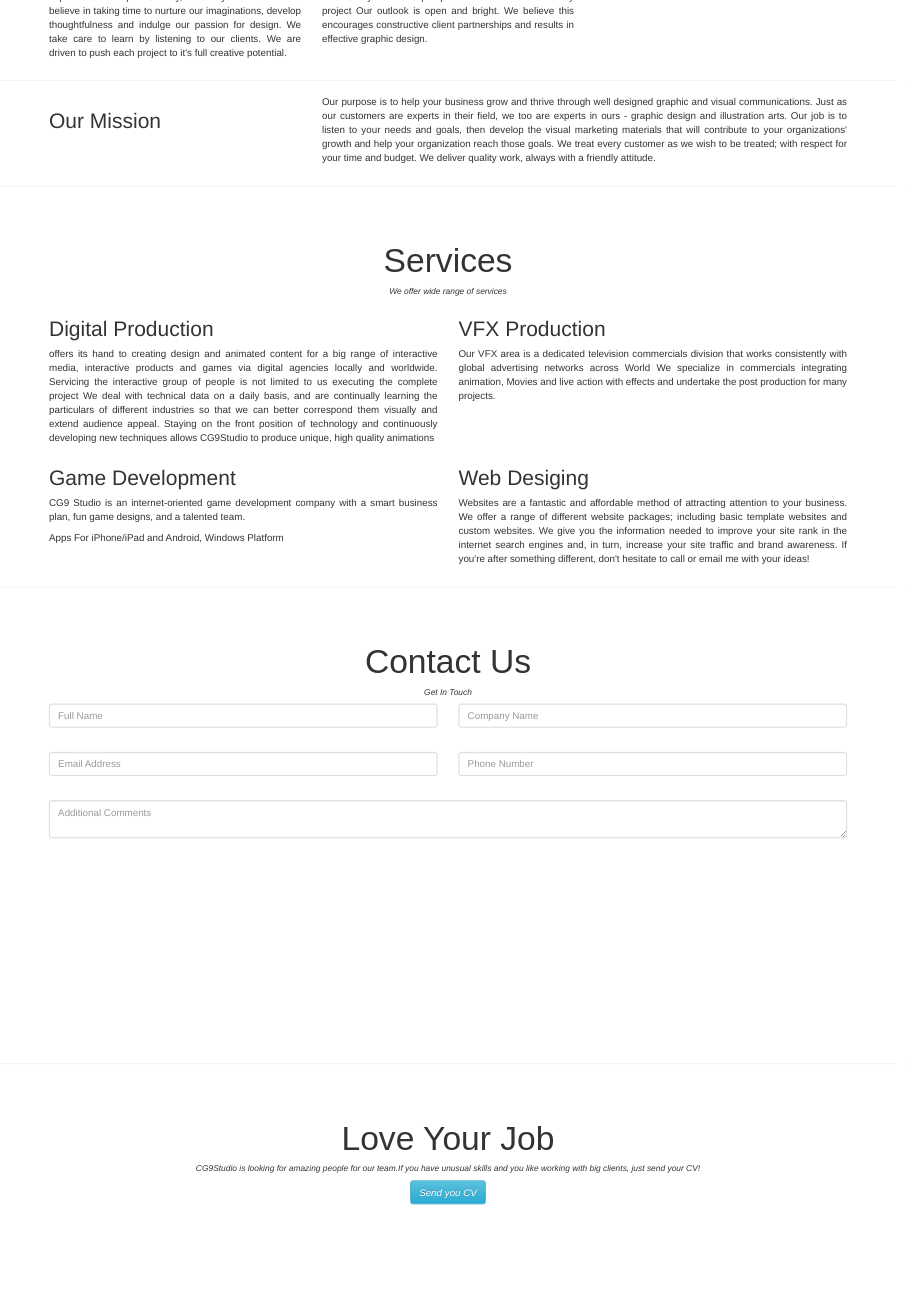
Repository: deepak6sp/BootstrapTheme1
Page: 9studio/WebContent/index.html
An editor plug-in stored every save of this project. The page is shown before and after the next save, followed by the edit.
The browser window is 1280 px wide. The page is 1295 px wide, so the pictures cover 1295 px, including what lies to the right of the window. The pictures show the part of the page from y = 1086 to 2966 px (the page is 2966 px tall before and 2866 px after), at 70% of full size.
Some web libraries are served in a nearby version.

Above is the page before, as saved 2014-07-23 14:06:59.

### 9studio/WebContent/index.html
<!DOCTYPE html>
<html>
<head>
<meta charset="ISO-8859-1">
<title>Welcome To 9Studio</title>
<link rel="stylesheet" type="text/css" href="css/style.css">
<link rel="stylesheet" type="text/css" href="css/bootstrap.min.css">
<link rel="stylesheet" type="text/css" href="css/bootstrap-theme.min.css">
</head>
<body>
	<header class="navbar navbar-default">
		<div class="container">
			<div class="navbar-header">
				<a class="navbar-brand" href="#" title="9studio"><img src="images/logo.jpg"></a>
				<button class="navbar-toggle" data-toggle="collapse" data-target="#navheaderCollapse">
					<span class="icon-bar"></span>
			        <span class="icon-bar"></span>
			        <span class="icon-bar"></span>
	      		</button>
	      	</div>
	      	<br></br>
      		<div class="collapse navbar-collapse navbar-collapse-top" id="navheaderCollapse">
				<ul class="nav navbar-nav  navbar-right" >
					<li><a href="#">Home</a></li>
					<li><a href="#about-us">About</a></li>
					<li><a href="#service">Service</a></li>
					<li><a href="#contact">Contact</a></li>
					<li><a href="#getjob">GetJob</a></li>
				</ul>
			</div>
		</div>
		<br></br>
		<img src="images/home1.jpg" class="img-thumbnail">
	</header>
	<hr><br></br>
		<section id="about-us">
			<div class="container">
				<div class="row text-center"><h1>About Us</h1></div>
				<div class="row text-center"><h6>Read about the company and check why we are the best!!</h6></div>
			</div>
			<div class="container">
				<div class="row">
					<div class="col-md-4">
						<h2>Who We Are?</h2>
						<p class="text-justify">CG9Studio is a Bangalore-based production house, specializing in 3D Animation across all mediums spanning across Television,
						Digital and Advertising .Conceptual design, developed with intellectual rigor and an appropriate visual aesthetic, is powerful.
						We employ independent and strategic thinking to give all our work a clear sense of purpose. Striving to go beyond expectations
						keeps us busy, the way we like it. We believe in taking time to nurture our imaginations, develop thoughtfulness and indulge our
						passion for design. We take care to learn by listening to our clients. We are driven to push each project to it's full creative
						potential.</p>
					</div>
					<div class="col-md-4">
						<h2>What We Do?</h2>
						<p class="text-justify">CG9Studio is relatively new, having been in business for just over a year, but is already an established fixture in the Bangalore
						production circuit. We place a consistent emphasis on quality and originality, and offer clients superior options for representing
						their brands and ideas in fresh and exciting ways. We are comprised of creative professionals from around the globe, bringing unique
						and distinctively different perspectives to each and every project Our outlook is open and bright. We believe this encourages
						constructive client partnerships and results in effective graphic design.</p>
					</div>
					<div class="col-md-4">
						<h2>Creative Ideas</h2>
						<p class="text-justify"> We had multi-talented,dynamic,creative and innovative Professionals working for us of multinational projects</p>
					</div>
				</div>
			</div>
			<hr>
			<div class="container">
				<div class="row">
					<div class="col-md-4">
						<h2>Our Mission</h2>
					</div>
					<div class="col-md-8">
						<p class="text-justify">Our purpose is to help your business grow and thrive through well designed graphic and visual communications. Just as our
						customers are experts in their field, we too are experts in ours - graphic design and illustration arts. Our job is to listen
						to your needs and goals, then develop the visual marketing materials that will contribute to your organizations' growth and help
						your organization reach those goals. We treat every customer as we wish to be treated; with respect for your time and budget. We
						deliver quality work, always with a friendly attitude.
					</div>
				</div>
			</div>
		</section>

	<hr><br></br>
		<section id="service">
			<div class="container">
				<h1 class="row text-center">Services</h1>
				<h6 class="row text-center">We offer wide range of services</h6>
			</div>
			<div class="container">
				<div class="row">
					<div class="col-md-6">
						<h2>Digital Production</h2>
						<p class="text-justify"> offers its hand to creating design and animated content for a big range of interactive media, interactive products and games
						via digital agencies locally and worldwide.  Servicing the interactive group of people is not limited to us executing the complete
						project We deal with technical data on a daily basis, and are continually learning the particulars of different industries so that
						we can better correspond them visually and extend audience appeal. Staying on the front position of technology and continuously
						developing new techniques allows CG9Studio to produce unique, high quality animations</p>
					</div>
					<div class="col-md-6">
						<h2>VFX Production</h2>
						<p class="text-justify">Our VFX area is a dedicated television commercials division that works consistently with global advertising networks across
						World We specialize in commercials integrating animation, Movies and live action with effects and undertake the post production for
						many projects.</p>
					</div>
				</div>
			</div>
			<div class="container">
				<div class="row">
					<div class="col-md-6">
						<h2>Game Development</h2>
						<p class="text-justify">CG9 Studio is  an internet-oriented game development company with a smart business plan, fun  game designs, and a talented team.</P>
						<p class="text-justify">Apps For  iPhone/iPad and Android, Windows Platform</p>
					</div>
					<div class="col-md-6">
						<h2>Web Desiging</h2>
						<p class="text-justify">Websites are a fantastic and affordable method of  attracting attention to your business. We offer a range of different website
						packages; including basic template websites and custom websites. We give you the  information needed to improve your site rank in the
						internet search engines  and, in turn, increase your site traffic and brand awareness.  If you're  after something different, don't
						hesitate to call or email me with your ideas!</p>
					</div>
				</div>
			</div>
		</section>

	<hr><br></br>
		<section id="contact">
			<div class="container">
				<h1 class="row text-center">Contact Us</h1>
				<h6 class="row text-center">Get In Touch</h6>
			</div>
			<div class="container">
				<form class="row">
					<div class="col-md-6">
						<div class="form-group">
							<input type="text" class="form-control" placeholder="Full Name"/>
						</div>
						<br />
						<div class="form-group">
							<input type="email" class="form-control" placeholder="Email Address">
						</div>
						<br />
					</div>
					<div class="col-md-6">
						<div class="form-group">
							<input type="text" class="form-control" placeholder="Company Name">
						</div>
						<br />
						<div class="form-group">
							<input type="number" class="form-control" placeholder="Phone Number">
						</div>
						<br />
					</div>
					<div class="col-md-12">
						<div class="form-group">
							<textarea class="form-control" placeholder="Additional Comments"></textarea>
						</div>
					</div>
				</form>
			</div>
		</section>

	<hr><br></br>
		<section id="getjob">
			<div id="container" >
				<div class="row text-center">
					<h1 >Love Your Job</h1>
					<h6 >CG9Studio is looking for amazing people for our team.If you have unusual skills and you like working with big clients, just send your CV!</h6>
					<h6 ><button type="button" class="btn btn-info">Send you CV</button></h6>
				</div>
			</div>
		</section>
		<footer class="navbar navbar-inverse navbar-fixed-bottom">
			<div class="container">
				<div class="row text-center">
					<h5> Copyright @ Designed By Deepak,Melbourne</h5>
				</div>
			</div>
		</footer>

	<script src="http://ajax.googleapis.com/ajax/libs/jquery/1.11.1/jquery.min.js"></script>
	<script src="js/bootstrap.min.js"></script>
	<script src="js/script.js"></script>
</body>
</html>

### 9studio/WebContent/css/style.css
@CHARSET "ISO-8859-1";

div h1{
	font-family:Arial,Helvetica,sans-serif;
	font-size:48px;
}

div h6{
	font-style:italic;
}

div h5{
	color:white;
}
div ul li a{
	color:grey;
	font-size:18px;
}

div ul li a:hover{
	font-style:bold;
}

#contact{
	height:600px;
}

#getjob{
	height:300px;
}

### 9studio/WebContent/js/script.js
$(document).ready(function(){
		$('a[href^="#"]').on('click',function (e) {
		    e.preventDefault();

		    var target = this.hash,
		    $target = $(target);

		    $('html, body').stop().animate({
		        'scrollTop': $target.offset().top
		    }, 900, 'swing', function () {
		        window.location.hash = target;
		    });
		});
	});

Loaded but not shown: 9studio/WebContent/css/bootstrap.min.css (library); 9studio/WebContent/css/bootstrap-theme.min.css (library); 9studio/WebContent/js/bootstrap.min.js (library)

After the next save:
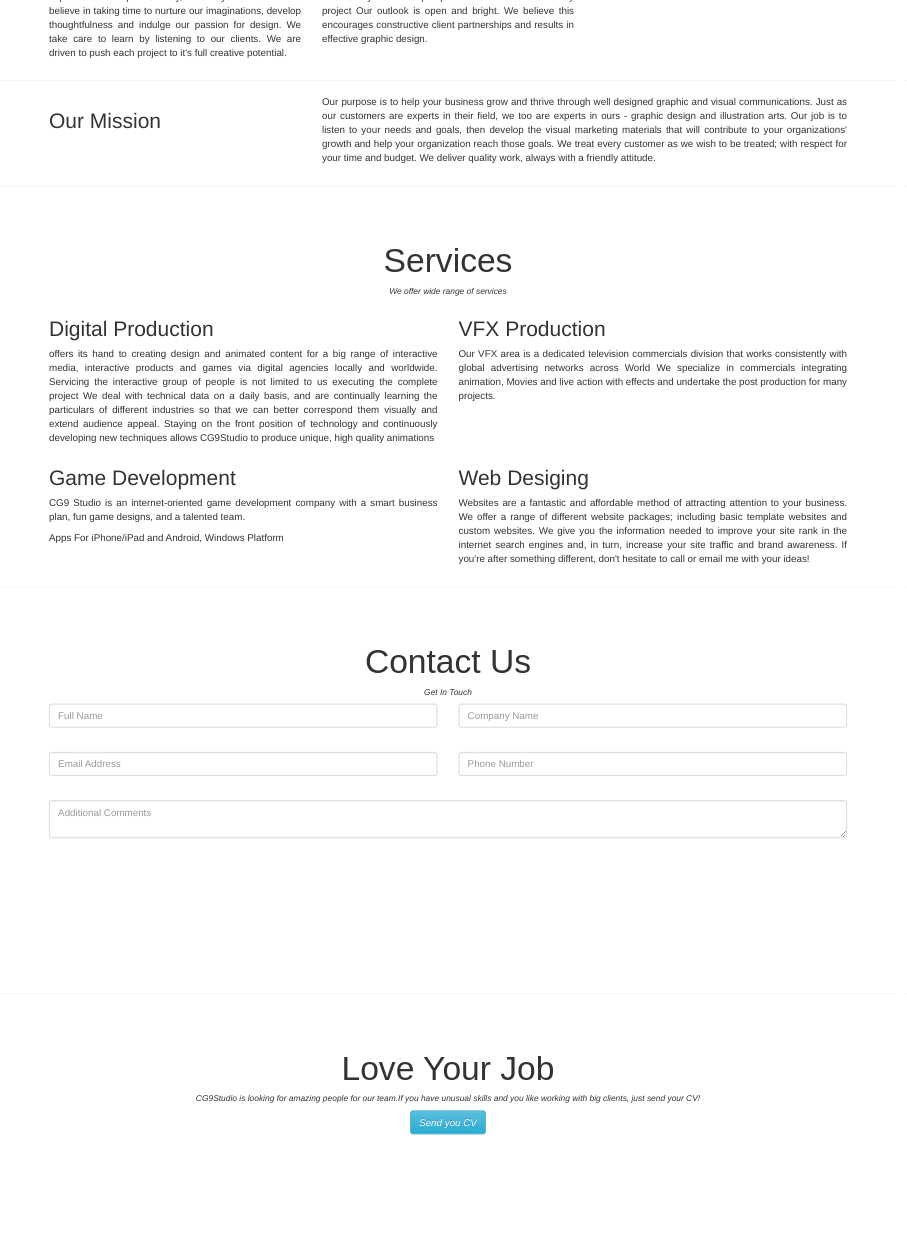
Saved 80 s later.
--- a/9studio/WebContent/css/style.css
+++ b/9studio/WebContent/css/style.css
@@ -22,7 +22,7 @@ div ul li a:hover{
 }
 
 #contact{
-	height:600px;
+	height:500px;
 }
 
 #getjob{
